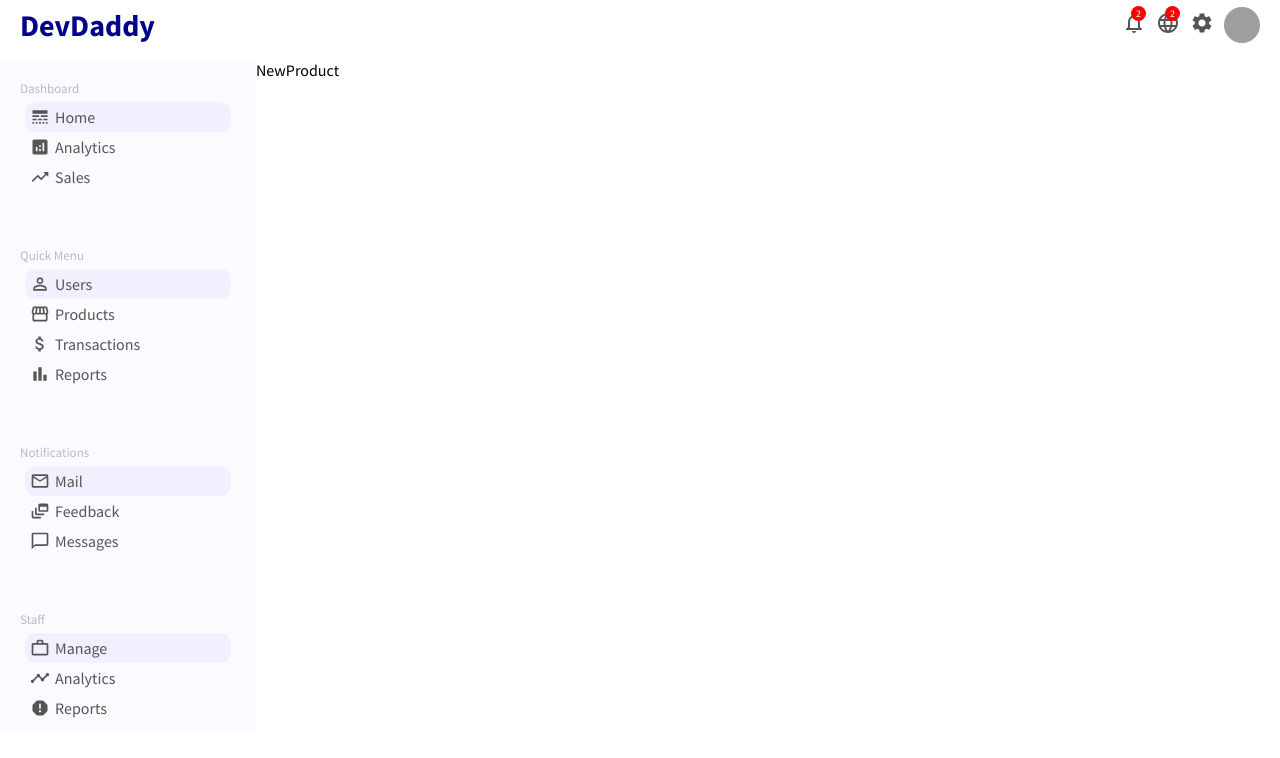
Repository: Marhamat92/react-admin-dashboard
Page: /newProduct
These files come from the project's save history. The page is drawn as it stood at one moment and after the next save; the edit follows.
The browser window is 1280 px wide. The pictures show the whole page.
Pictures or frames that could not be fetched are drawn as grey boxes. The project was rebuilt for these pictures with package versions that can differ from the ones it lists, and the page was loaded fresh each time. Also part of the build but not shown: src/pages/home/home.scss, src/components/featuredInfo/featuredInfo.scss, src/components/featuredInfo/FeaturedInfo.js, src/components/chart/chart.scss, src/components/chart/Chart.js, src/data/userData.js, src/components/widgetSm/widgetSm.scss, src/components/widgetSm/WidgetSm.js and 16 more.

Above is the page before, as saved 2023-02-13 21:59:01.

After the next save:
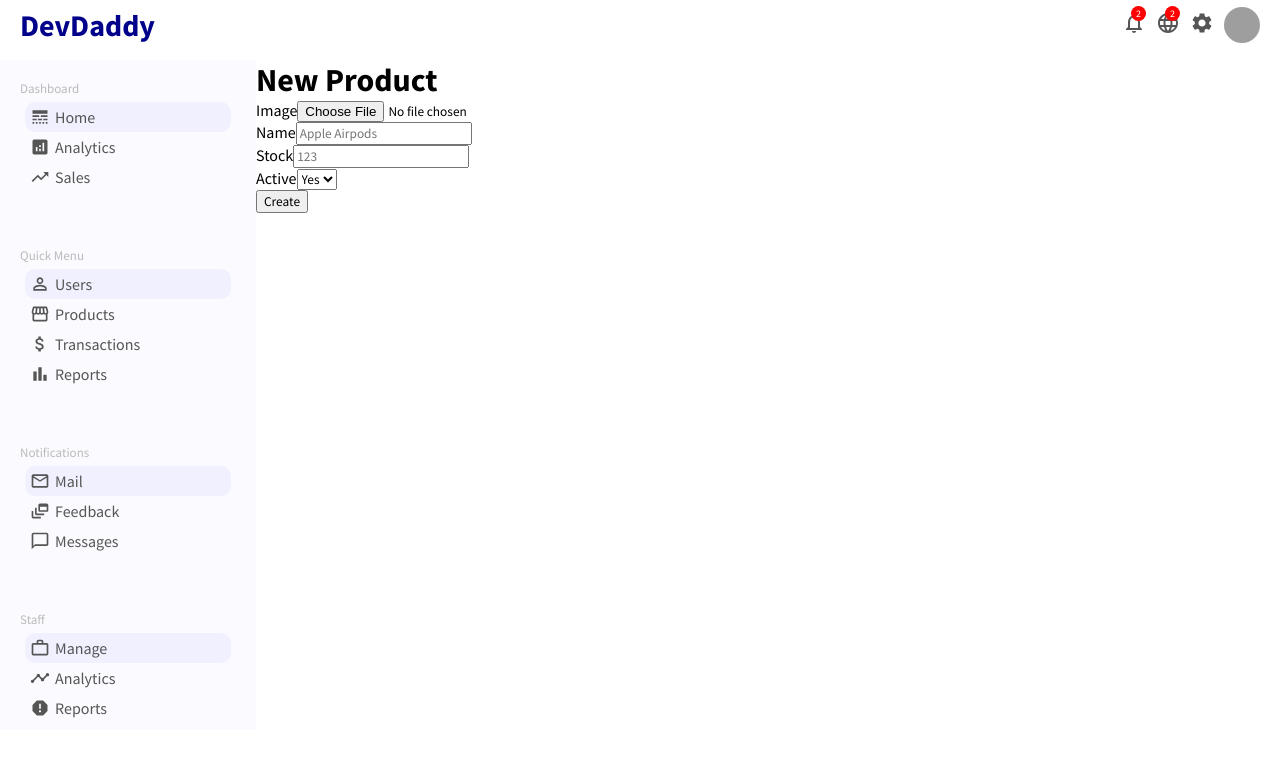
Saved 13 min 33 s later.
--- a/src/pages/newProduct/NewProduct.js
+++ b/src/pages/newProduct/NewProduct.js
@@ -3,7 +3,30 @@ import './newProduct.scss'
 
 function NewProduct() {
   return (
-    <div className='newProduct' >NewProduct</div>
+    <div className='newProduct' >
+      <h1 className="addProductTitle">New Product</h1>
+      <form className="addProductForm">
+        <div className="addProductItem">
+          <label>Image</label>
+          <input type="file" id="file" />
+        </div>
+        <div className="addProductItem">
+          <label>Name</label>
+          <input type="text" placeholder="Apple Airpods" />
+        </div>
+        <div className="addProductItem">
+          <label>Stock</label>
+          <input type="text" placeholder="123" />
+        </div>
+        <div className="addProductItem">
+          <label>Active</label>
+          <select name="active" id="active">
+            <option value="yes">Yes</option>
+            <option value="no">No</option>
+          </select>
+        </div>
+        <button className="addProductButton">Create</button>
+      </form></div>
   )
 }
 
